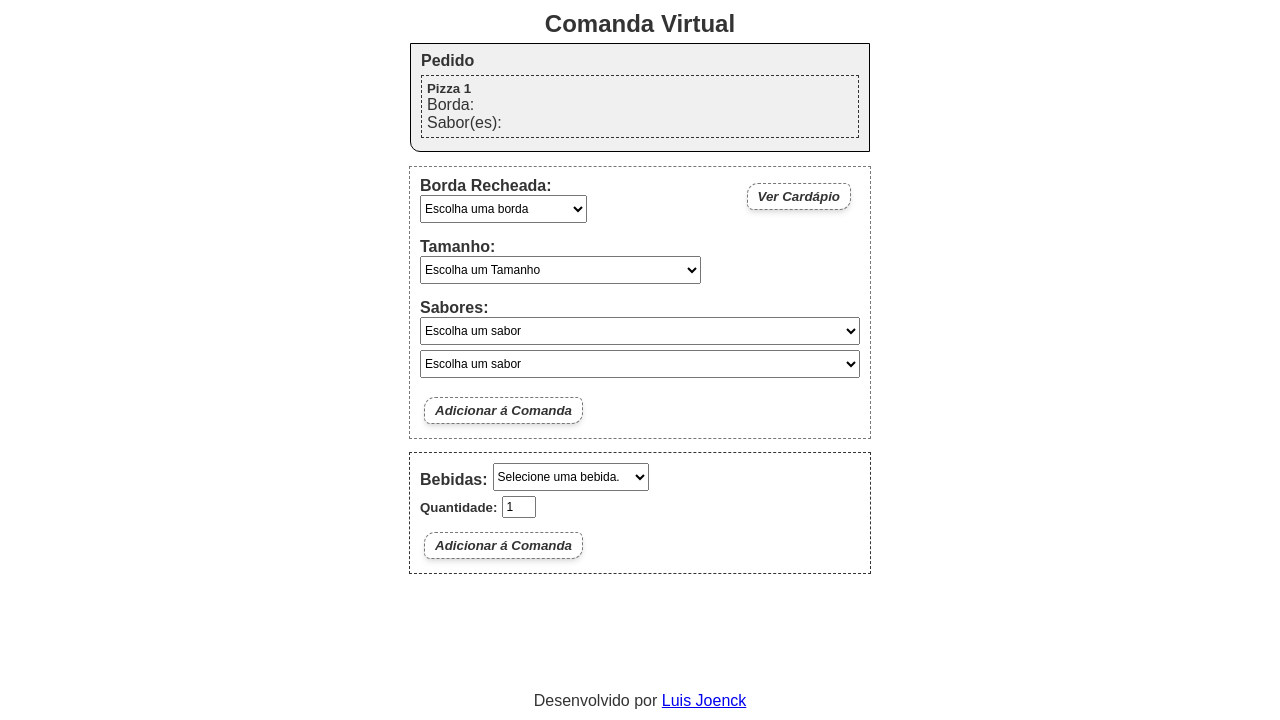
Repository: Joenck91/front-comanda-virtual
Page: index.html
These files come from the project's save history. The page is drawn as it stood at one moment and after the next save; the edit follows.
The browser window is 1280 px wide. The pictures show the whole page.
After loading, the first visible `form.unit-pizza-box` was submitted once.

Above is the page before, as saved 2025-10-05 14:38:18.

After the next save:
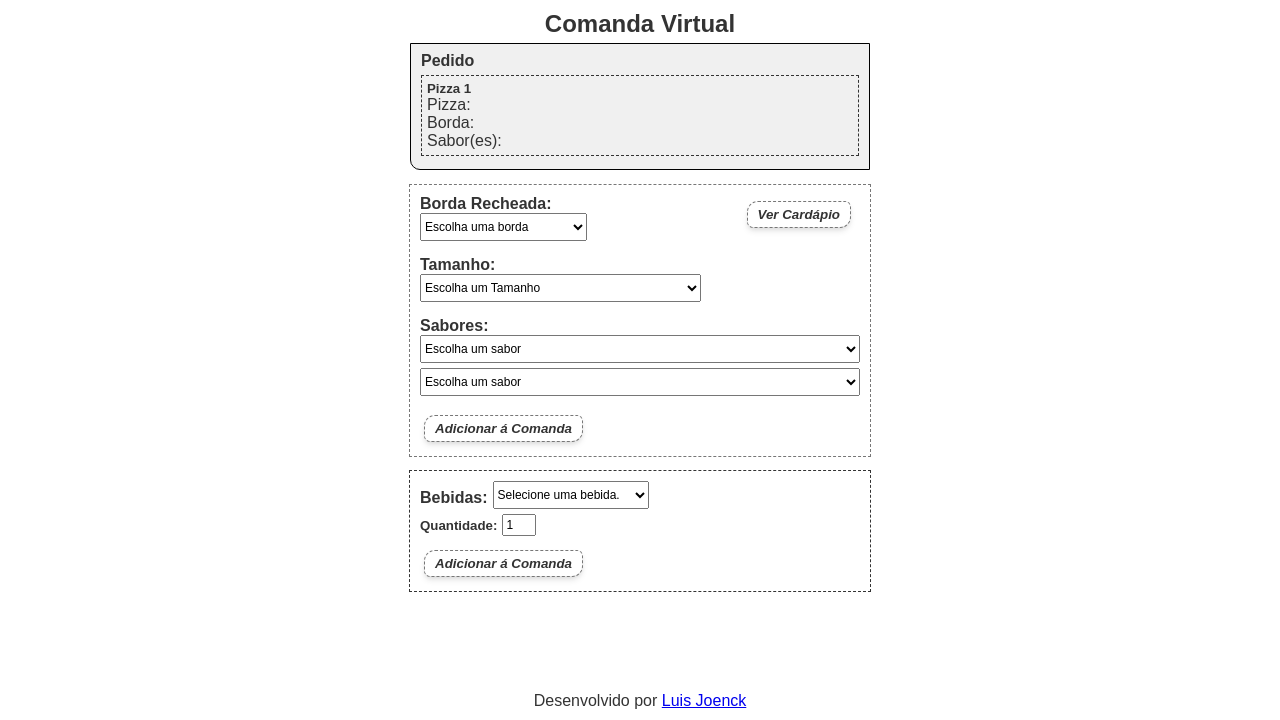
Saved 31 s later.
--- a/script/interface/command-box/show-items.js
+++ b/script/interface/command-box/show-items.js
@@ -10,7 +10,7 @@ export default function showItems(notedOrder){
         pizzaDiv.classList.add('ordered-item');
         pizzaDiv.innerHTML = `
             <h5>Pizza ${index + 1}</h5>
-            <p><Pizza: ${pizza.pizza}</p>
+            <p>Pizza: ${pizza.pizza}</p>
             <p>Borda: ${pizza.borda}</p>
             <p>Sabor(es): ${pizza.sabores.join(', ')}</p>
         `;
